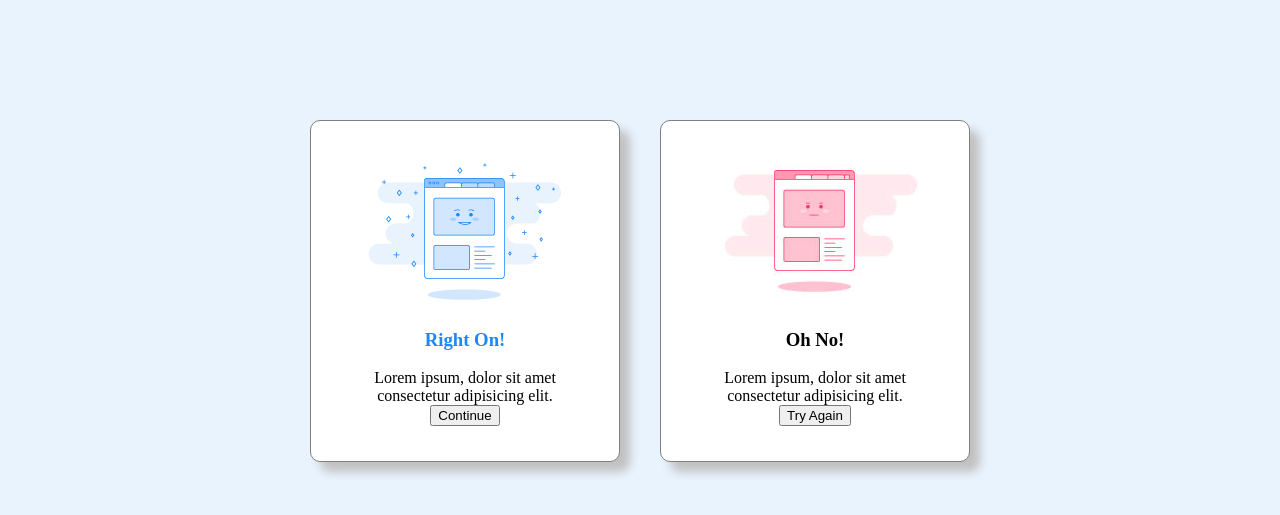
Repository: giahuy405/flash_message_BEM
Page: index.html
The author's editor kept a copy of each file at every save. The page is drawn from the files as they stood at one save, then again after the next save.
The browser window is 1280 px wide. The pictures show the whole page.

Above is the page before, as saved 2022-09-06 02:36:14.

### index.html
<!DOCTYPE html>
<html lang="en">
<head>
    <meta charset="UTF-8">
    <meta http-equiv="X-UA-Compatible" content="IE=edge">
    <meta name="viewport" content="width=device-width, initial-scale=1.0">
    <title>Document</title>
    <link rel="stylesheet" href="css/index.css">
</head>
<body>
        <!--
        code về phần flash message và áp dụng BEM Block Element Modifier
        Ví dụ :
        Laptop là Block ( 1 khối lớn )

        Thì các Element ( thành phần ) sẽ là : keyboard, mouse, screen, touch-pad
        Block Element : Laptop__keyboard, Laptop__mouse....

        Modifer ( biến thể khác ) sẽ là : loại của chúng như to, nhỏ, hãng,...
        Block Modifier : Laptop--big, Laptop--small,
        Block Element Modifier : Laptop__keyboard--apple , Laptop__touch-pad--smooth,...
    -->
        <!-- Block: flash message
        Element: img, title, desc (description), button
        Modifier: primary, secondary

        Block 1 & block 2
        flash-message
        flash-message__img, flash-message__title, flash-message__desc, flash-message__button

        Block 1: flash-message__title--primary -->


        <div class="container">
            <div class="flash-message__padding">
                <div class="flash-message">
                    <div class="flash-message__img">
                        <img src="./ui_ux_blue.jpg" alt="">
                    </div>
                    <div class="flash-message__title flash-message__title--blue">
                        <h3>Right On!</h3>
                    </div>
                    <div class="flash-message__desc">
                        Lorem ipsum, dolor sit amet consectetur adipisicing elit.
                    </div>
                    <button class="flash-message__button">Continue</button>
                </div>
            </div>
            <div class="flash-message__padding">

                    <div class="flash-message">
                        <div class="flash-message__img">
                            <img src="./ui_ux_pink.jpg" alt="">
                        </div>
                        <div class="flash-message__title flash-message__title--pink">
                            <h3>Oh No!</h3>
                        </div>
                        <div class="flash-message__desc">
                            Lorem ipsum, dolor sit amet consectetur adipisicing elit.
                        </div>
                        <button class="flash-message__button">Try Again</button>
                    </div>

            </div>
             <div class="clear"></div>
        </div>

</body>
</html>

### css/index.css
*{
    box-sizing: border-box;
}
body{
    padding: 0;
    margin: 0;
    background-color: #e8f3fe;
}
.clear{
    clear: both;
}
.container{
    width: 700px;
    height: auto;
    margin:auto;
    margin-top: 100px;
}
 .flash-message__padding{
    float: left;
    width: 50%;
    padding: 20px;
}
.flash-message{
    border: 1px solid gray;
    background-color: white;
    border-radius: 10px;
    padding: 35px 30px;
    box-shadow: 10px 10px 10px rgb(193, 193, 193);
    text-align: center;
}
.flash-message__title--blue{
    color: #1e87f9;

}

After the next save:
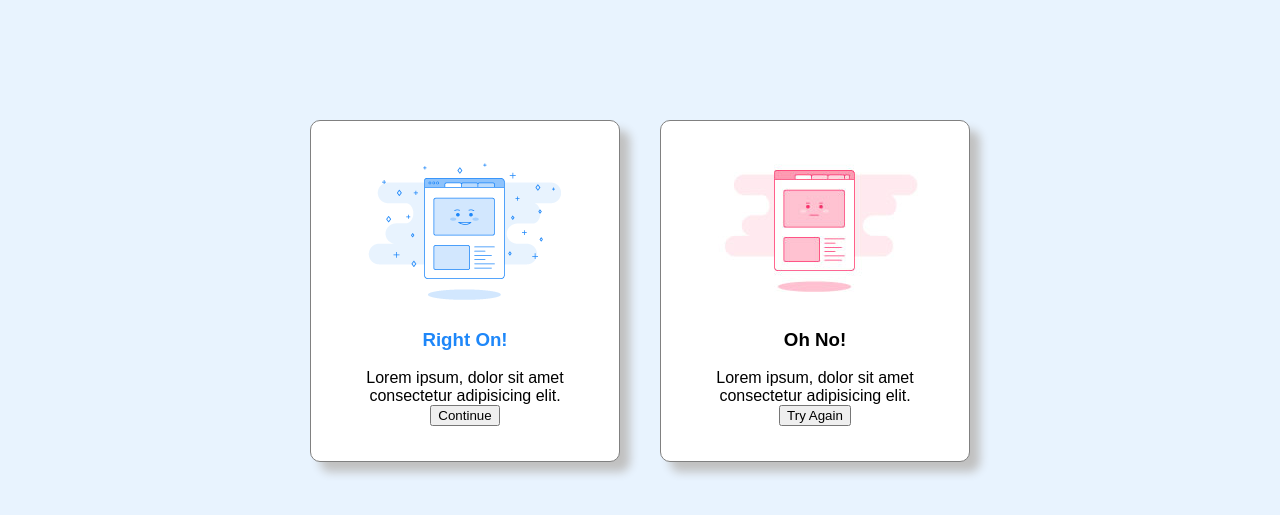
Saved 17 s later.
--- a/css/index.css
+++ b/css/index.css
@@ -5,6 +5,7 @@ body{
     padding: 0;
     margin: 0;
     background-color: #e8f3fe;
+    font-family: 'Montserrat', sans-serif;
 }
 .clear{
     clear: both;
